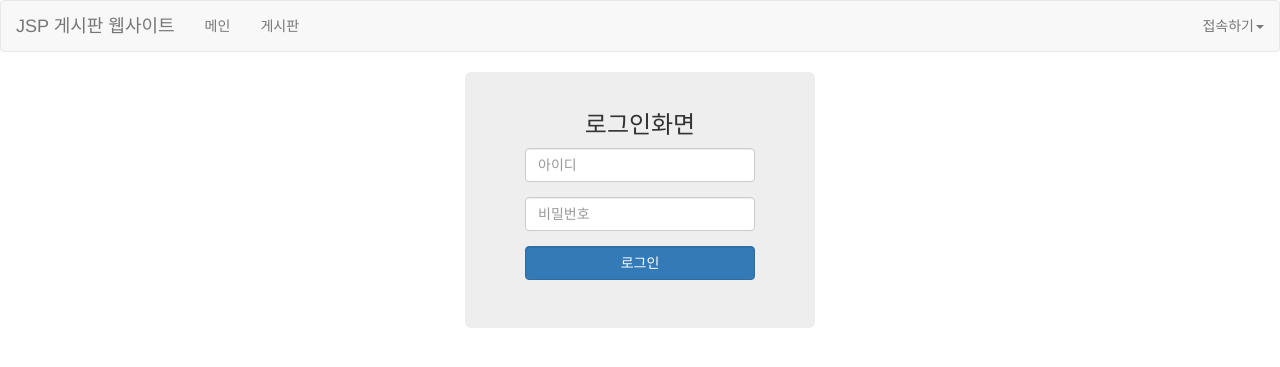
Repository: gyuwanc1/Board_Jsp
Page: http://localhost/BBS/join.jsp
An editor plug-in stored every save of this project. The page is shown before and after the next save, followed by the edit.
The browser window is 1280 px wide. The pictures show the whole page.
Some web libraries are served in a nearby version. The page is served by Tomcat 9.

Above is the page before, as saved 2024-01-16 07:11:52.

After the next save:
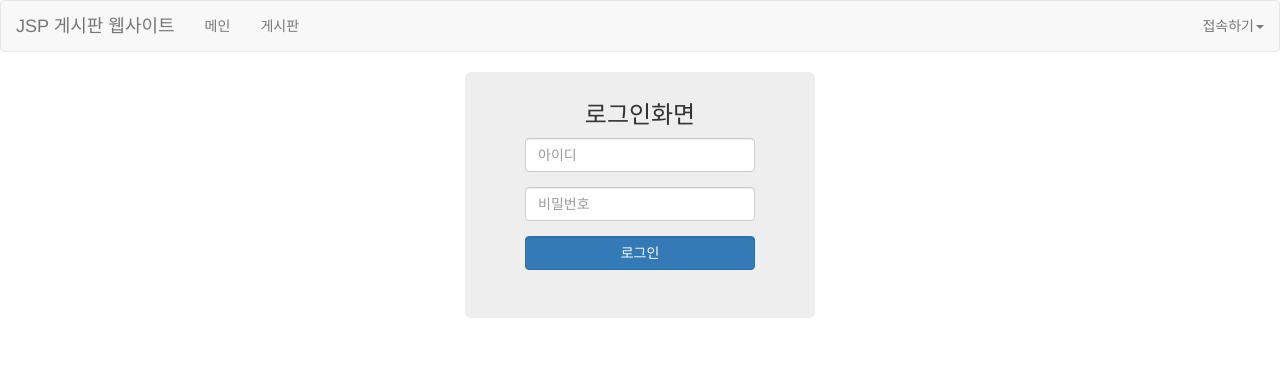
Saved 27 h 57 min later.
--- a/BBS/WebContent/join.jsp
+++ b/BBS/WebContent/join.jsp
@@ -43,7 +43,7 @@
 	<div class="container">
 		<div class="col-lg-4"></div>
 		<div class="col-lg-4">
-			<div class="jumbotron" style="padding-top:20px;">
+			<div class="jumbotron" style="padding-top:10px;">
 				<form method="post"	action="loginAction.jsp">
 					<h3 style="text-align:center;">로그인화면</h3>
 					<div class ="form-group">
